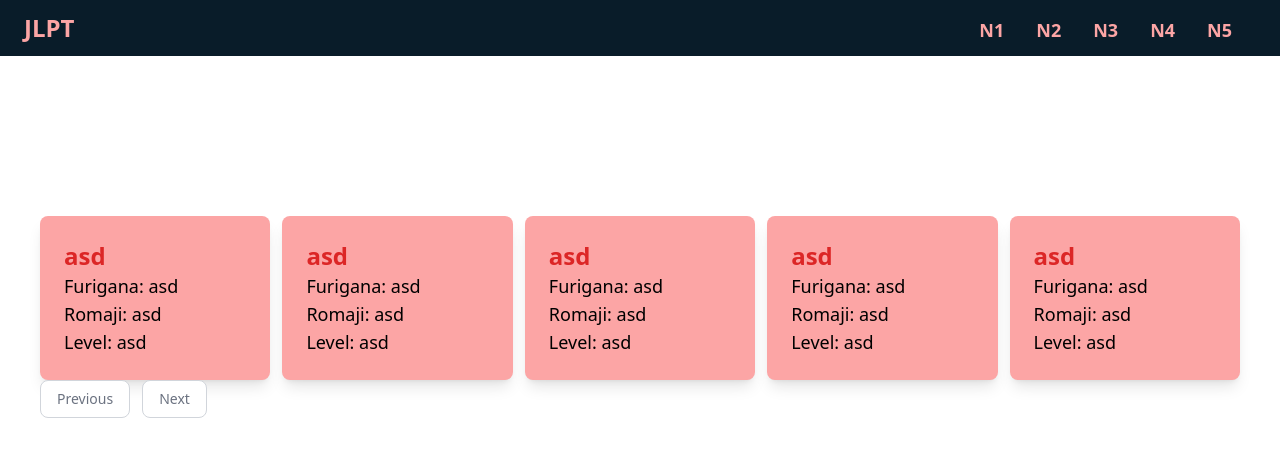
Repository: Penglee25/JLPT-vocabulary
Page: /n1
These files come from the project's save history. The page is drawn as it stood at one moment and after the next save; the edit follows.
The browser window is 1280 px wide. The pictures show the whole page.
The project was rebuilt for these pictures with package versions that can differ from the ones it lists, and the page was loaded fresh each time. The framework's server and built-in components were replaced by stand-ins that run in the browser. Also part of the build but not shown: next.config.js, src/styles/main.css.

Above is the page before, as saved 2023-03-17 13:40:58.

After the next save:
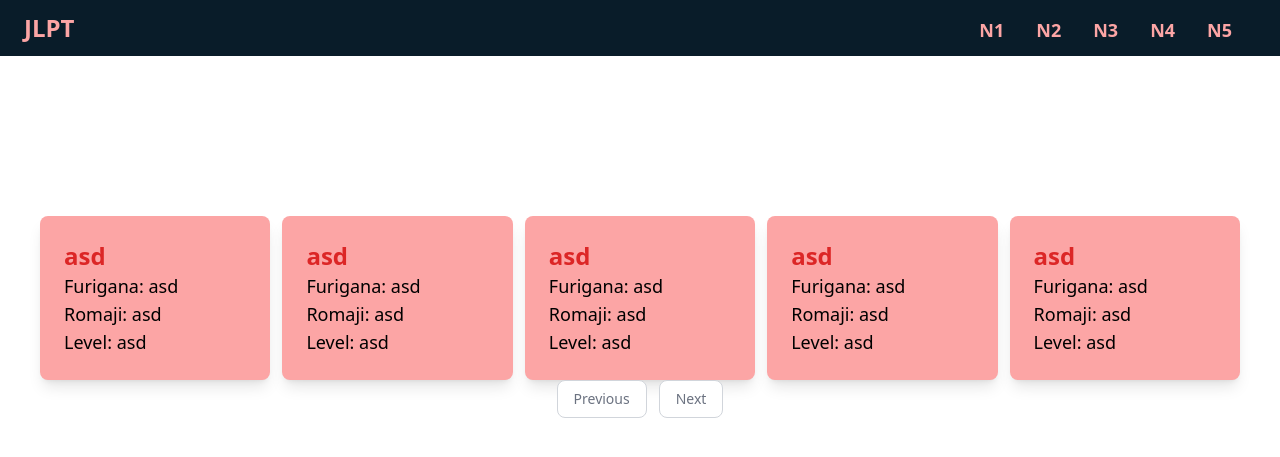
Saved 4 s later.
--- a/src/pages/n1.tsx
+++ b/src/pages/n1.tsx
@@ -40,7 +40,7 @@ export default function n1() {
                         <p className='my-0 text-lg'>Level: asd</p>
                     </div>
                 </div>
-                <div className="pagination">
+                <div className="pagination text-center">
                     <a href="#" className="inline-flex items-center px-4 py-2 text-sm font-medium text-gray-500 bg-white border border-gray-300 rounded-lg hover:bg-gray-100 hover:text-gray-700 dark:bg-gray-800 dark:border-gray-700 dark:text-gray-400 dark:hover:bg-gray-700 dark:hover:text-white">
                         Previous
                     </a>
